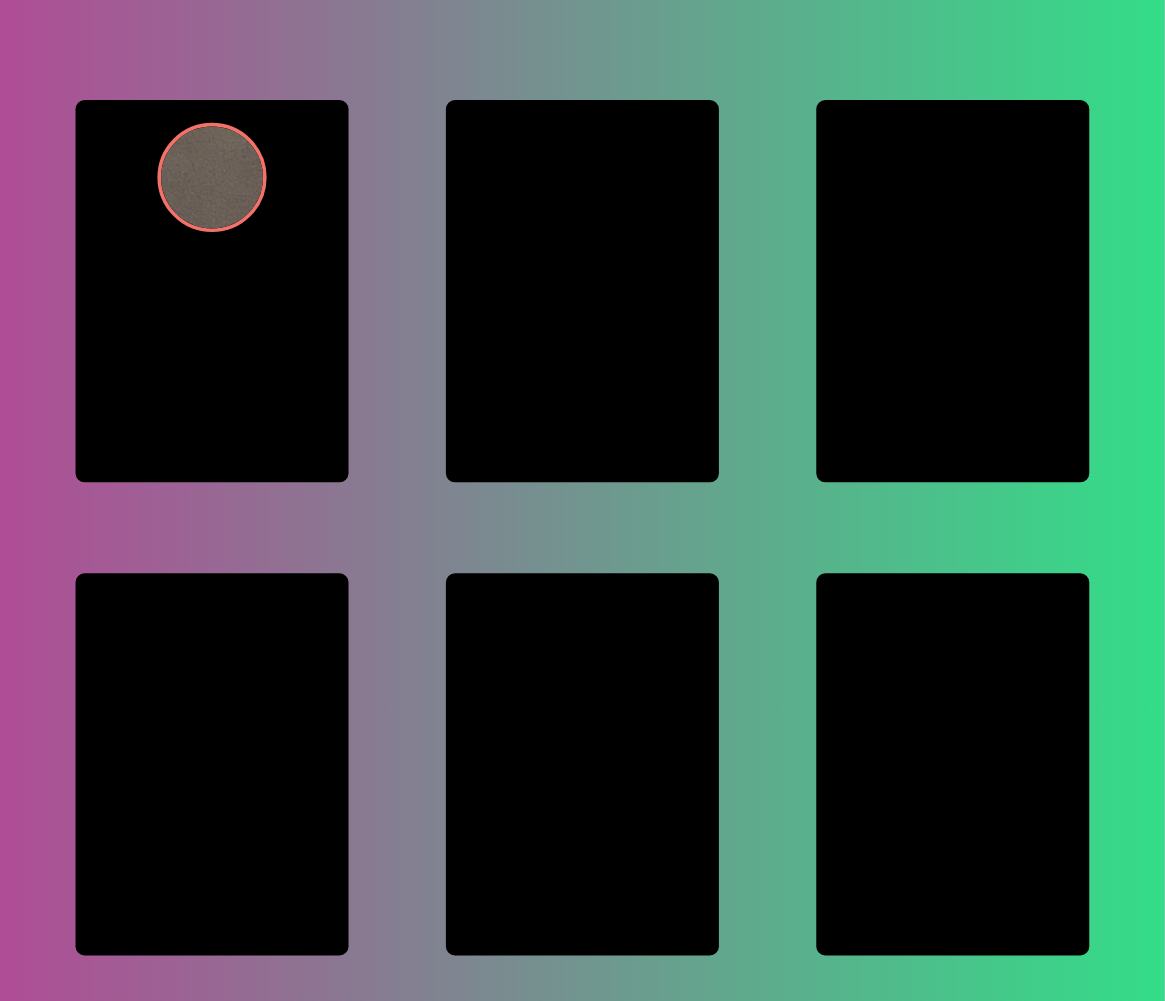
Repository: lausamtuong/profileCard
Page: index.html
An editor plug-in stored every save of this project. The page is shown before and after the next save, followed by the edit.
The browser window is 1280 px wide. The pictures show the whole page, at 91% of full size.
The style sheet was rebuilt from its Sass, Less or Tailwind sources for each picture, by a compiler version that may differ from the author's.

Above is the page before, as saved 2021-12-14 15:18:07.

### index.html
<!DOCTYPE html>
<html lang="en">
<head>
    <meta charset="UTF-8">
    <meta http-equiv="X-UA-Compatible" content="IE=edge">
    <meta name="viewport" content="width=device-width, initial-scale=1.0">
    <link rel="stylesheet" href="style.css">
    <title>Document</title>
</head>
<body>
    <div class="card__list">
        <div class="card__item">
            <div class="card__image">
                <img src="tho.jpg" alt="">
            </div>
            <div class="card__name"></div>
            <div class="card__school"></div>
            <div class="card__social"></div>
            <div class="card__btn"></div>
        </div>
        <div class="card__item"></div>
        <div class="card__item"></div>
        <div class="card__item"></div>
        <div class="card__item"></div>
        <div class="card__item"></div>

    </div>
</body>
</html>

### style.scss
*{
    margin: 0;
    padding: 0;
    box-sizing: border-box;
}
:root {
    --pink-color: #f2726a;
  }
body{
    height: 100vh;
    background-image: linear-gradient(to right, #af4d96, #3d8);
}
.card{
    &__list{
        margin: 120px auto;
      display: flex;
      flex-wrap: wrap;
      justify-content: space-around;
      margin: 60px 30px;
    }
    &__item{
        width:300px;
        height:420px;
        background-color: #000;
        margin: 50px 20px;
        border-radius: 10px;
    }
    &__image{
        width: 120px;
        height: 120px;
        overflow: hidden;
        transition: 0.25s;
        margin: 0 auto;
        transform: translateY(25px);
        border-radius: 50%;
        border: 4px solid var(--pink-color);
        cursor: pointer;

        }

        &:hover{
            width: 100%;
            height: 100%;
            border-radius: unset;
            border: unset;
            transform: unset;
        }
    }

After the next save:
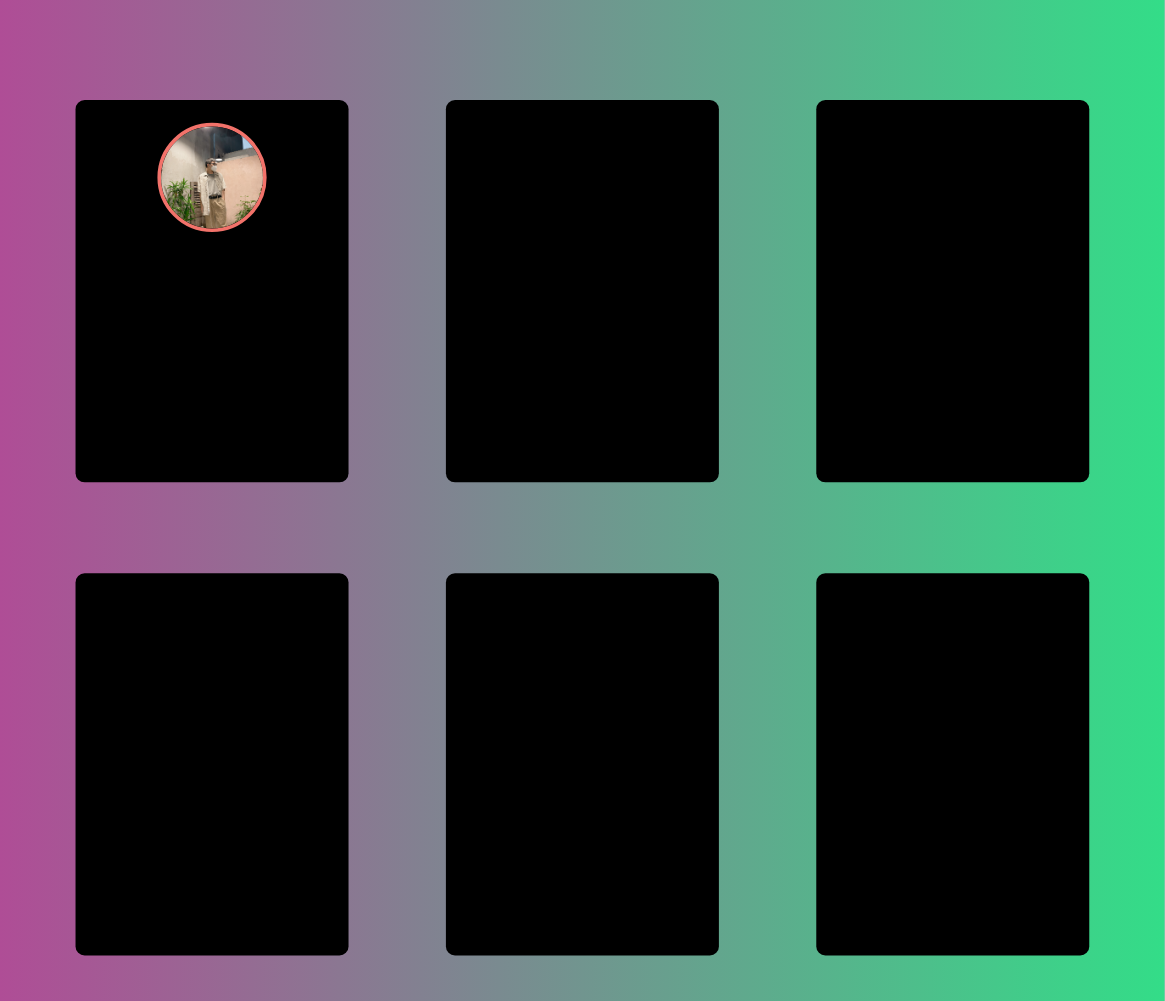
Saved 6 s later.
--- a/style.scss
+++ b/style.scss
@@ -46,3 +46,9 @@ body{
             transform: unset;
         }
     }
+img{
+        width: 100%;
+        height: 100%;
+        object-fit: cover;
+        object-position: center;
+    }

After the save that followed:
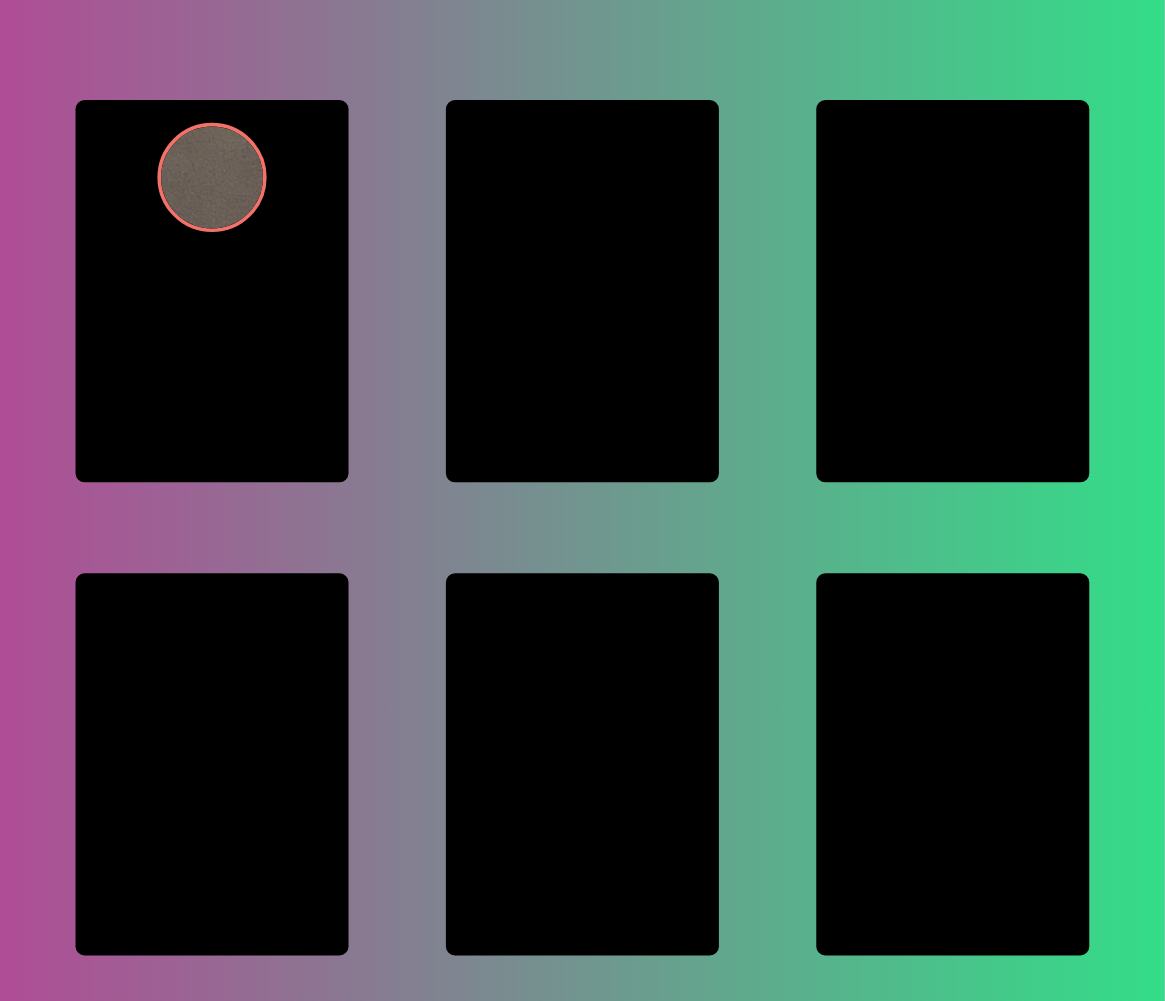
Saved 4 s later.
--- a/style.scss
+++ b/style.scss
@@ -46,9 +46,3 @@ body{
             transform: unset;
         }
     }
-img{
-        width: 100%;
-        height: 100%;
-        object-fit: cover;
-        object-position: center;
-    }
